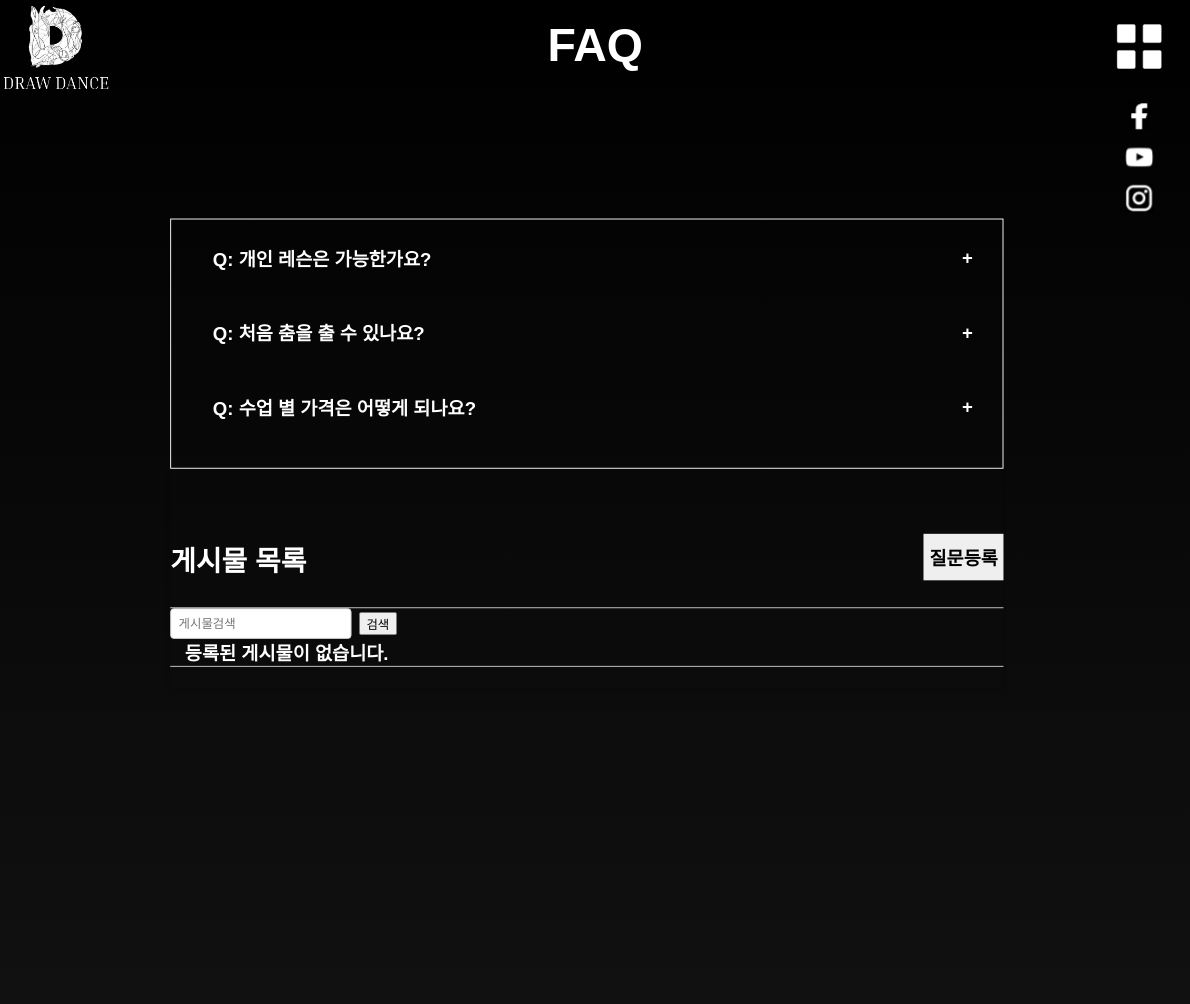
Repository: seonghun9906/semiProject
Page: http://localhost/drawAcademy/WEB-INF/views/QBoard/qboard.jsp
These files come from the project's save history. The page is drawn as it stood at one moment and after the next save; the edit follows.
The browser window is 1280 px wide. The pictures show the whole page, at 93% of full size.
The page is served by Tomcat 9. Nobody is signed in. The template is opened directly, without the code that normally fills it, so the values that code supplies are empty.

Above is the page before, as saved 2024-03-05 00:47:08.

After the next save:
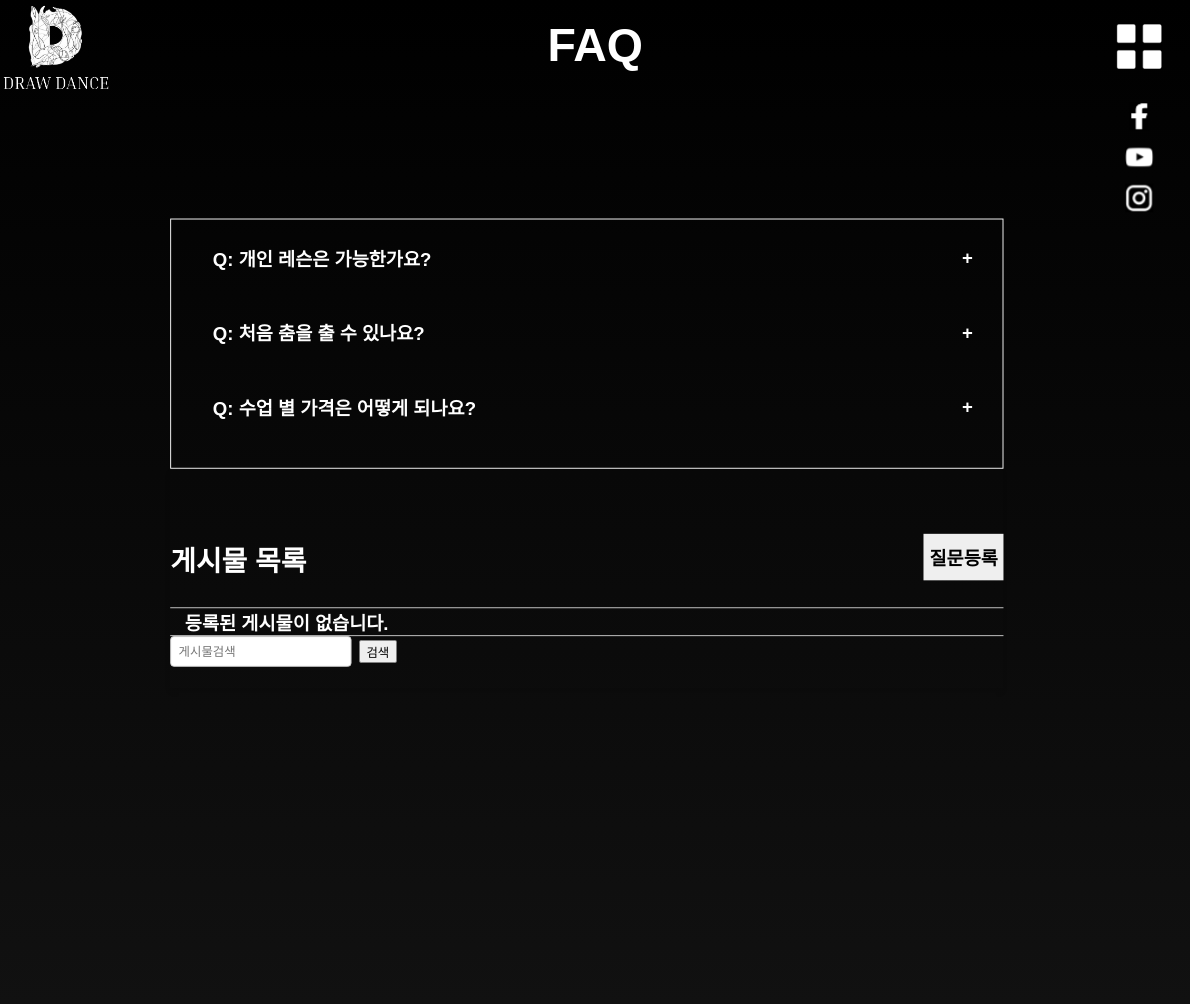
Saved 5 min 2 s later.
--- a/drawAcademy/src/main/webapp/WEB-INF/views/QBoard/qboard.jsp
+++ b/drawAcademy/src/main/webapp/WEB-INF/views/QBoard/qboard.jsp
@@ -130,7 +130,25 @@
                <p class="test">게시물 목록</p>
                <button id="cklogin" onclick="location.href='./qwrite'">질문등록</button>
                </div>
-               <div class="search">
+
+
+         <c:if test="${empty qList}">
+            <div class="qboard-item">
+               <span class="none-content">등록된 게시물이 없습니다.</span>
+            </div>
+         </c:if>
+
+         <c:if test="${qList ne null}">
+            <c:forEach var="qqq" items="${qList}">
+               <div class="qboard-item">
+                  <a id="qlist" href="./detail?b_code=${qqq.b_code}">제목 :
+                     "${qqq.b_title}" </a>
+               </div>
+            </c:forEach>
+         </c:if>
+         <!-- 페이지 기능 -->
+      </div>
+       <div class="search">
                <form action="searchProc" method="post">
 	           	<input type="text" name="searchText" placeholder="게시물검색">
 	           	<button type="submit">
@@ -147,23 +165,6 @@
     			</div>
 				</c:forEach>
                </div>
-
-         <c:if test="${empty qList}">
-            <div class="qboard-item">
-               <span class="none-content">등록된 게시물이 없습니다.</span>
-            </div>
-         </c:if>
-
-         <c:if test="${qList ne null}">
-            <c:forEach var="qqq" items="${qList}">
-               <div class="qboard-item">
-                  <a id="qlist" href="./detail?b_code=${qqq.b_code}">제목 :
-                     "${qqq.b_title}" </a>
-               </div>
-            </c:forEach>
-         </c:if>
-         <!-- 페이지 기능 -->
-      </div>
       <div class="paging-area">
          <div class="paging">${paging}</div>
       </div>
